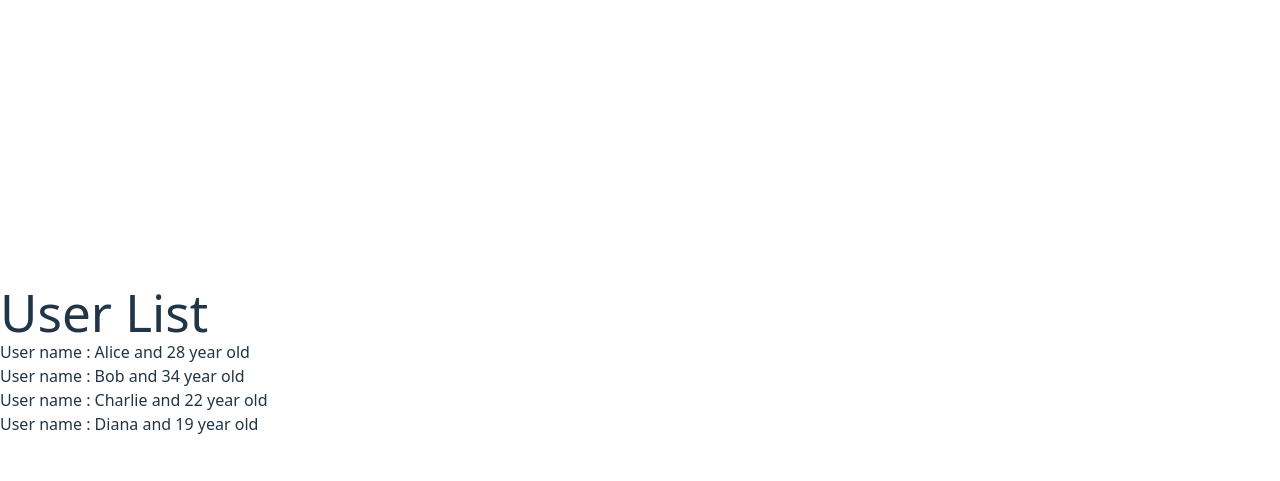
Repository: rushikesh-kolpe21/React_lectures
Page: / (app in React_bun/)
An editor plug-in stored every save of this project. The page is shown before and after the next save, followed by the edit.
The browser window is 1280 px wide. The pictures show the whole page.
The project was rebuilt for these pictures with package versions that can differ from the ones it lists, and the page was loaded fresh each time. Also part of the build but not shown: React_bun/vite.config.js, React_bun/src/components/EventProps.jsx, React_bun/src/components/SeriesCards.jsx, React_bun/src/components/Netflix.jsx, React_bun/src/components/Profile.jsx.

Above is the page before, as saved 2025-12-02 06:53:57.

After the next save:
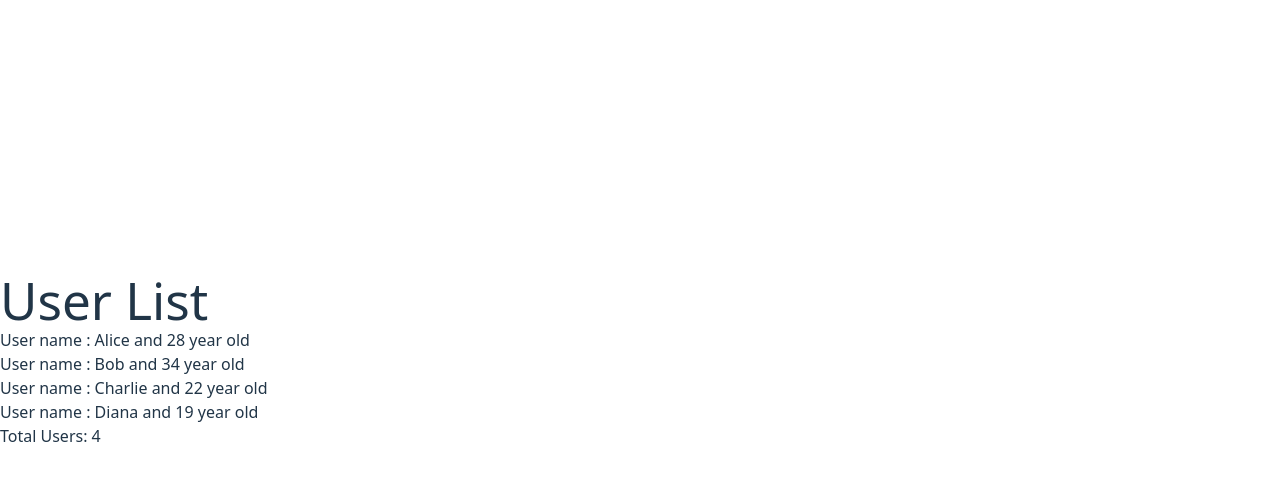
Saved 76 s later.
--- a/React_bun/src/components/DericedState.jsx
+++ b/React_bun/src/components/DericedState.jsx
@@ -22,6 +22,7 @@
                     )
                 })}
             </ul>
+            <h2>Total Users: {userCount}</h2>
         </div>
     )
 }
